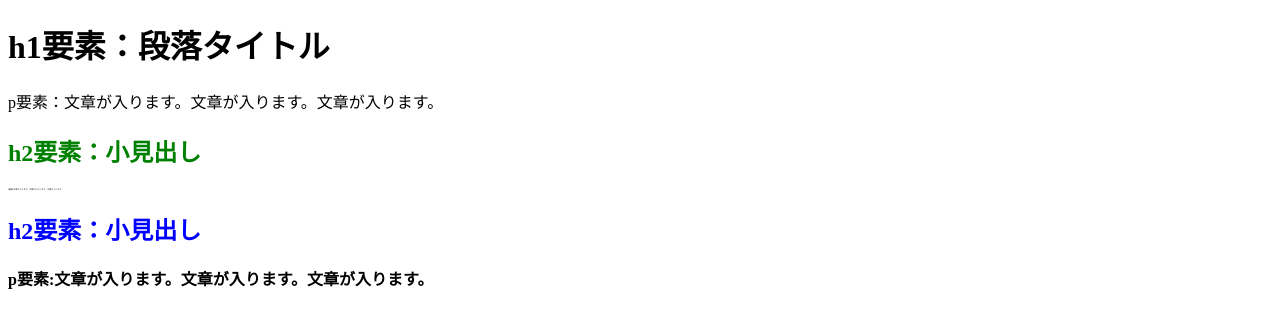
Repository: ayano-ogawa/samurai_HTML-CSS
Page: Untitled1.html
The author's editor kept a record of every edit. The page is drawn from the files as they stood at one moment, then again after the next edit.
The browser window is 1280 px wide. The pictures show the whole page.

Above is the page before.

### Untitled1.html
<!DOCTYPE html>
<html lang="en">
<head>
    <meta charset="UTF-8">
    <title>HTML/CSSの学習</title>
     <style>
      #blue {
          color: blue;

      }
      #green {
          color: green;
      }
      .blue{
          color: blue;
      }
     </style>

</head>
<body>
    <h1>h1要素：段落タイトル</h1>
    <p>p要素：文章が入ります。文章が入ります。文章が入ります。</p>
    <h2 id="green">h2要素：小見出し</h2>
    <p style="font-size: 2px;">
     p要素:文章が入ります。文章がが入ります。文章が入ります。
    </p>
    <h2 id="blue">h2要素：小見出し</h2>
    <p style="font-weight: bold";>
     p要素:文章が入ります。文章が入ります。文章が入ります。
    </p>

</body>
</html>

After the next edit:
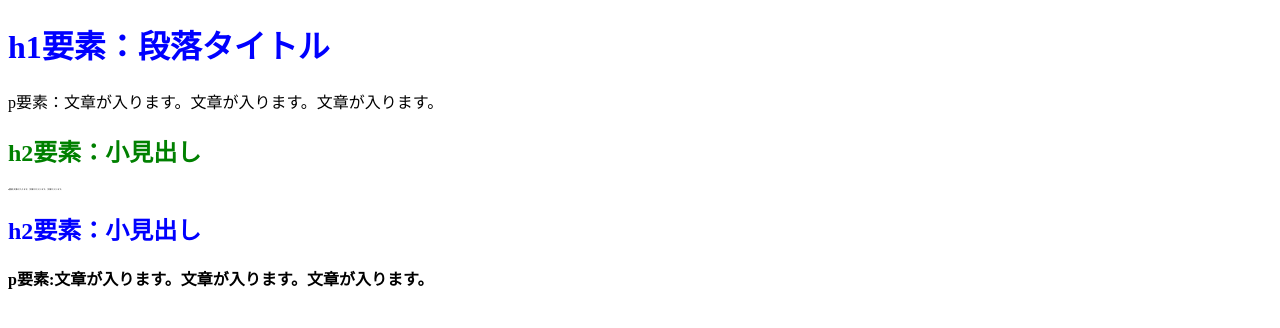
The edit:
--- a/Untitled1.html
+++ b/Untitled1.html
@@ -18,7 +18,7 @@
 
 </head>
 <body>
-    <h1>h1要素：段落タイトル</h1>
+    <h1 class="blue">h1要素：段落タイトル</h1>
     <p>p要素：文章が入ります。文章が入ります。文章が入ります。</p>
     <h2 id="green">h2要素：小見出し</h2>
     <p style="font-size: 2px;">
